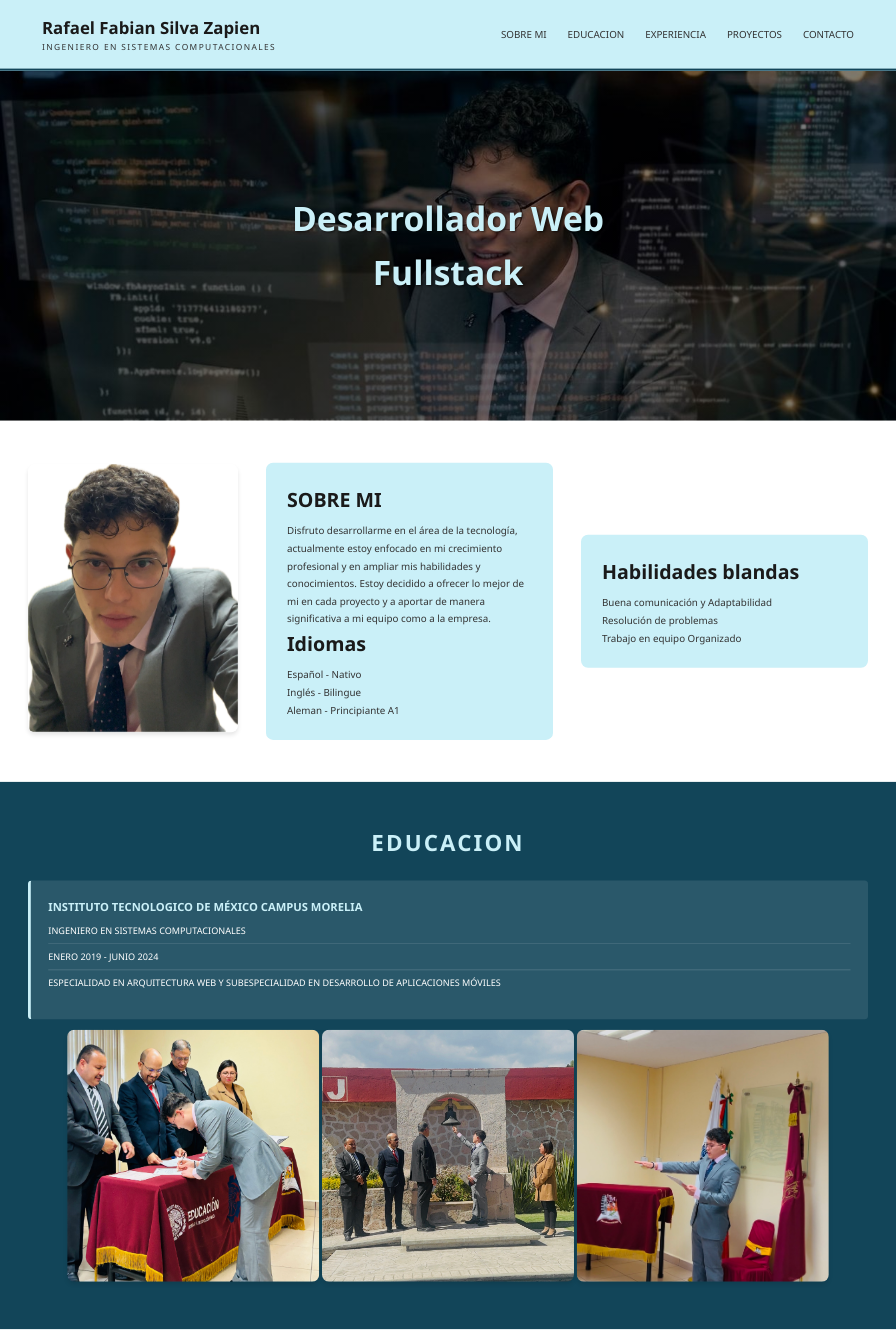
Repository: rafaelsilva2k/mi-portafolio
Page: index.html
These files come from the project's save history. The page is drawn as it stood at one moment and after a run of saves; the edit follows.
The browser window is 1280 px wide. The pictures show the part of the page from y = 0 to 1920 px (the page is 3319 px tall), at 70% of full size.

Above is the page before, as saved 2026-04-17 12:58:13.

After the next 2 saves:
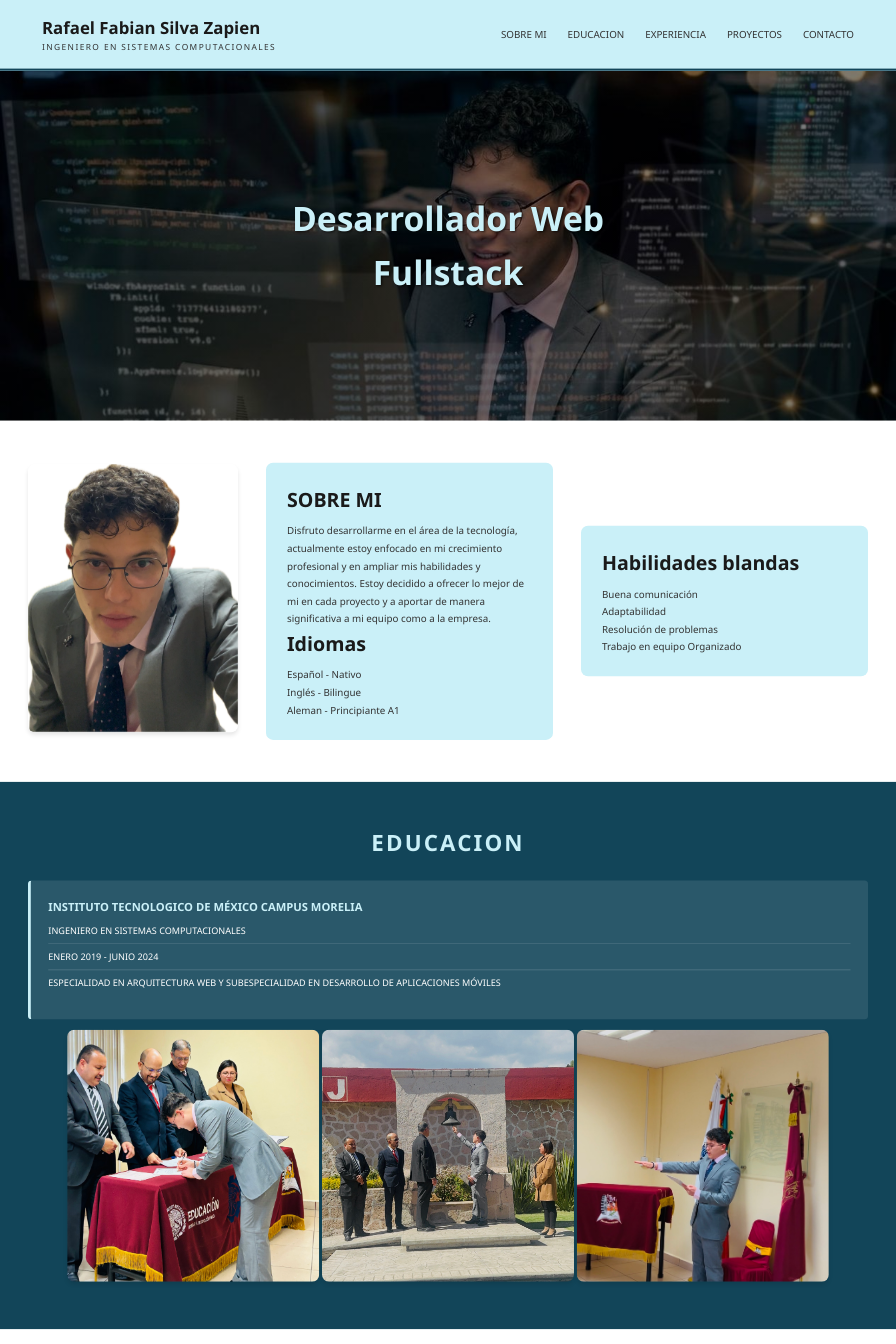
The 2 saves are shown as one change because they came seconds apart.
The last was saved 29 s later.
--- a/index.html
+++ b/index.html
@@ -48,7 +48,7 @@
             </div>
             <div class="sobre-mi-texto">
                 <h2>Habilidades blandas</h2>
-                <p>Buena comunicación y Adaptabilidad <br> Resolución de problemas <br> Trabajo en equipo  Organizado</p>
+                <p>Buena comunicación <br> Adaptabilidad <br> Resolución de problemas <br> Trabajo en equipo  Organizado</p>
             </div>
         </div>
       </section>
